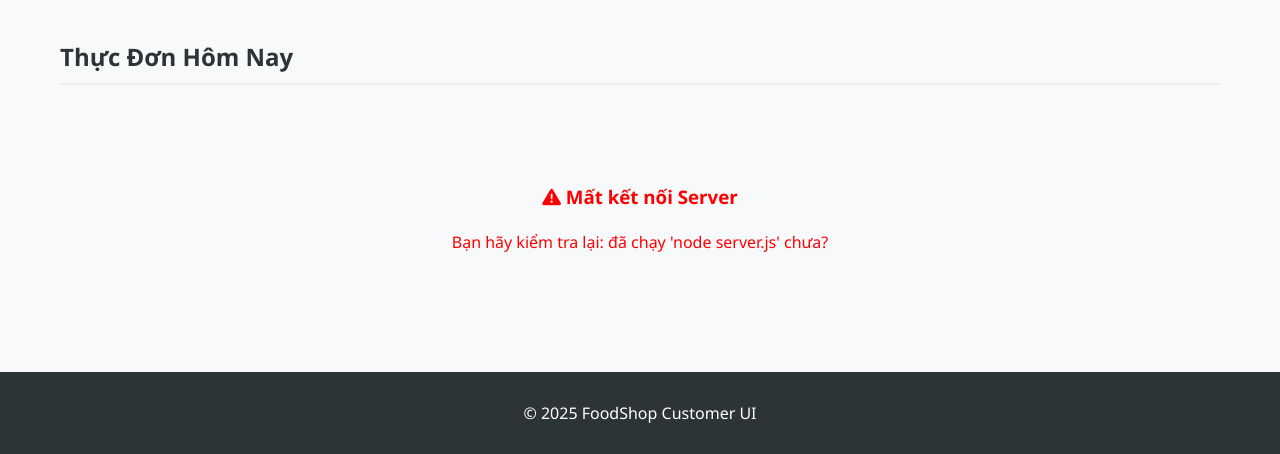
Repository: daichim2415-debug/quan_an
Page: public/trang_chu.html
These files come from the project's save history. The page is drawn as it stood at one moment and after the next save; the edit follows.
The browser window is 1280 px wide. The pictures show the part of the page from y = 416 to 920 px (the page is 870 px tall before and 920 px after).
The page's requests for data from a server got no answer.

Above is the page before, as saved 2025-12-05 02:20:59.

### public/trang_chu.html
<!DOCTYPE html>
<html lang="vi">
<head>
    <meta charset="UTF-8">
    <meta name="viewport" content="width=device-width, initial-scale=1.0">
    <title>Food Shop - Đặt món nhanh</title>
    <link rel="stylesheet" href="https://cdnjs.cloudflare.com/ajax/libs/font-awesome/6.4.0/css/all.min.css">

    <style>
        /* === RESET CSS === */
        * { margin: 0; padding: 0; box-sizing: border-box; font-family: 'Segoe UI', sans-serif; }
        body { background-color: #f8f9fa; color: #333; }

        /* === 1. HEADER (THANH MENU) === */
        header {
            background-color: #fff;
            padding: 15px 50px;
            display: flex;
            justify-content: space-between;
            align-items: center;
            box-shadow: 0 2px 10px rgba(0,0,0,0.05);
            position: sticky; top: 0; z-index: 1000;
        }

        .logo {
            font-size: 26px; font-weight: 800; color: #ff6b6b;
            text-decoration: none; display: flex; align-items: center; gap: 10px;
        }

        /* Thanh tìm kiếm */
        .search-bar {
            background: #f1f1f1; padding: 8px 15px; border-radius: 20px;
            display: flex; align-items: center; width: 400px;
        }
        .search-bar input {
            border: none; background: transparent; outline: none;
            width: 100%; margin-left: 10px; font-size: 14px;
        }

        .nav-icons { display: flex; align-items: center; gap: 20px; }
        .nav-icons a { text-decoration: none; color: #333; font-weight: 600; font-size: 15px; transition: 0.3s; }
        .nav-icons a:hover { color: #ff6b6b; }

        /* Nút giỏ hàng nổi bật */
        .cart-btn {
            background: #ff6b6b; color: white !important;
            padding: 8px 20px; border-radius: 30px;
            display: flex; align-items: center; gap: 8px;
        }
        .cart-btn:hover { background: #ee5253; transform: translateY(-2px); }

        /* === 2. BANNER QUẢNG CÁO === */
        .banner {
            height: 350px;
            background: linear-gradient(to right, rgba(0,0,0,0.6), rgba(0,0,0,0.3)),
                        url('https://images.unsplash.com/photo-1543353071-873f17a7a088?ixlib=rb-1.2.1&auto=format&fit=crop&w=1350&q=80');
            background-size: cover; background-position: center;
            display: flex; align-items: center; justify-content: center;
            text-align: center; color: white;
        }
        .banner h1 { font-size: 45px; margin-bottom: 10px; text-shadow: 2px 2px 4px rgba(0,0,0,0.5); }
        .banner p { font-size: 18px; opacity: 0.9; }

        /* === 3. KHU VỰC MÓN ĂN === */
        .container { max-width: 1200px; margin: 40px auto; padding: 0 20px; }

        .section-header {
            display: flex; justify-content: space-between; align-items: center;
            margin-bottom: 30px; border-bottom: 2px solid #eee; padding-bottom: 10px;
        }
        .section-title { font-size: 24px; color: #2d3436; font-weight: 700; }

        /* Lưới sản phẩm */
        .product-grid {
            display: grid; grid-template-columns: repeat(auto-fill, minmax(250px, 1fr)); gap: 25px;
        }

        /* Thẻ Card món ăn */
        .food-card {
            background: white; border-radius: 12px; overflow: hidden;
            box-shadow: 0 5px 15px rgba(0,0,0,0.05); transition: 0.3s;
            position: relative; border: 1px solid #eee;
        }
        .food-card:hover { transform: translateY(-5px); box-shadow: 0 10px 25px rgba(0,0,0,0.1); }

        .food-card img { width: 100%; height: 180px; object-fit: cover; }

        .card-body { padding: 15px; }
        .food-name { font-size: 18px; font-weight: 700; margin-bottom: 5px; color: #2d3436; }
        .food-desc { font-size: 13px; color: #636e72; margin-bottom: 15px; height: 36px; overflow: hidden; }

        .card-footer { display: flex; justify-content: space-between; align-items: center; }
        .price { color: #ff6b6b; font-weight: 700; font-size: 18px; }

        .add-btn {
            background-color: #fff; border: 2px solid #ff6b6b; color: #ff6b6b;
            padding: 5px 12px; border-radius: 20px; cursor: pointer; font-weight: 600;
            transition: 0.3s;
        }
        .add-btn:hover { background-color: #ff6b6b; color: white; }

        /* Footer */
        footer { margin-top: 50px; background: #2d3436; color: white; padding: 30px; text-align: center; }
    </style>
</head>
<body>

    <header>
        <a href="#" class="logo"><i class="fas fa-utensils"></i> FoodShop</a>

        <div class="search-bar">
            <i class="fas fa-search" style="color: #999;"></i>
            <input type="text" placeholder="Bạn muốn ăn gì hôm nay?">
        </div>

       <nav class="nav-icons">
    <a href="login.html" id="user-account">
        <i class="far fa-user"></i> Đăng nhập
    </a>

    <a href="cart.html" class="cart-btn">
        <i class="fas fa-shopping-cart"></i>
        <span>Giỏ hàng</span>
        <span id="cart-count" style="background: white; color: #ff6b6b; border-radius: 50%; padding: 1px 6px; font-size: 12px;">0</span>
    </a>
</nav>
    </header>

    <div class="banner">
        <div>
            <h1>Thế Giới Ẩm Thực</h1>
            <p>Freeship cho đơn hàng từ 100k - Giao siêu tốc</p>
        </div>
    </div>

    <div class="container">
        <div class="section-header">
            <h2 class="section-title">Thực Đơn Hôm Nay</h2>
        </div>

        <div id="product-list" class="product-grid">
            <div style="grid-column: 1/-1; text-align: center; padding: 20px;">
                <i class="fas fa-spinner fa-spin fa-2x" style="color: #ff6b6b;"></i>
                <p>Đang tải món ngon...</p>
            </div>
        </div>
    </div>

    <footer>
        <p>&copy; 2025 FoodShop Customer UI</p>
    </footer>

    <script>
// 1. Hàm định dạng tiền tệ
function formatMoney(amount) {
 return new Intl.NumberFormat('vi-VN', { style: 'currency', currency: 'VND' }).format(amount);
 }

// 2. Hàm tải danh sách món ăn từ Server
 async function loadProducts() {
        const list = document.getElementById('product-list');
        try {
            const response = await fetch('/api/mon-an');
            if (!response.ok) throw new Error("Lỗi mạng");

            const products = await response.json();
            list.innerHTML = '';

            if (products.length === 0) {
                list.innerHTML = '<p style="text-align:center; width:100%">Chưa có món ăn nào.</p>';
                return;
            }

            products.forEach(item => {
                const imgUrl = item.hinh_anh ? item.hinh_anh : 'https://via.placeholder.com/300?text=No+Image';

                // Mã hóa dữ liệu món ăn để truyền vào nút bấm không bị lỗi
                const productJson = JSON.stringify(item).replace(/"/g, "&quot;");

                const html = `
                    <div class="food-card">
                        <img src="${imgUrl}" alt="${item.ten_mon}">
                        <div class="card-body">
                            <h3 class="food-name">${item.ten_mon}</h3>
                            <p class="food-desc">${item.mo_ta || 'Hương vị tuyệt hảo.'}</p>
                            <div class="card-footer">
                                <span class="price">${formatMoney(item.gia)}</span>
                                <button class="add-btn" onclick='addToCart(${productJson})'>
                                    <i class="fas fa-plus"></i> Chọn
                                </button>
                            </div>
                        </div>
                    </div>
                `;
                list.innerHTML += html;
            });
        } catch (error) {
            list.innerHTML = `
                <div style="grid-column: 1/-1; text-align: center; color: red;">
                    <h3><i class="fas fa-exclamation-triangle"></i> Mất kết nối Server</h3>
                    <p>Bạn hãy kiểm tra lại: đã chạy 'node server.js' chưa?</p>
                </div>
            `;
        }
    }
function getCartKey() {
 const userJson = localStorage.getItem('currentUser');
 if (userJson) {
 const user = JSON.parse(userJson);
 return 'cart_' + user.username; // Ví dụ: cart_admin, cart_khach1
 }
 return 'shoppingCart'; // Giỏ hàng cho khách vãng lai
 }
 // 3. Hàm Thêm vào giỏ hàng (QUAN TRỌNG)
function addToCart(product) {
const key = getCartKey(); // Lấy đúng chìa khóa kho
 let cart = JSON.parse(localStorage.getItem(key)) || [];

let existingItem = cart.find(item => item.id === product.id);

 if (existingItem) {
 existingItem.quantity += 1;
 } else {
 cart.push({
id: product.id,
name: product.ten_mon,
 price: product.gia,
 img: product.hinh_anh,
 quantity: 1
});
 }

// Lưu vào đúng ngăn của người đó
localStorage.setItem(key, JSON.stringify(cart));

 updateCartCount();
 alert(`Đã thêm "${product.ten_mon}" vào giỏ của bạn!`);
}

// --- 3. SỬA HÀM CẬP NHẬT SỐ LƯỢNG ---
function updateCartCount() {
 const key = getCartKey(); // Lấy đúng chìa khóa
 let cart = JSON.parse(localStorage.getItem(key)) || [];

let totalCount = cart.reduce((sum, item) => sum + item.quantity, 0);
 const countSpan = document.getElementById('cart-count');
 if(countSpan) countSpan.innerText = totalCount;

}
// 4. Hàm kiểm tra trạng thái đăng nhập
// 4. Hàm kiểm tra trạng thái đăng nhập (Phiên bản nâng cấp cho Admin)
    function checkLoginStatus() {
        const userJson = localStorage.getItem('currentUser');
        const accountLink = document.getElementById('user-account');
        const navIcons = document.querySelector('.nav-icons'); // Lấy thanh menu để chèn nút Admin

        // Xóa nút admin cũ nếu có (để tránh bị trùng khi tải lại)
        const oldAdminBtn = document.getElementById('admin-btn-link');
        if(oldAdminBtn) oldAdminBtn.remove();

        if (userJson) {
            // --- TRƯỜNG HỢP ĐÃ ĐĂNG NHẬP ---
            const user = JSON.parse(userJson);

            // 1. Hiển thị tên người dùng
            accountLink.innerHTML = `
                <i class="fas fa-user-circle"></i> Chào, ${user.fullname}
                <span onclick="logout()" style="margin-left:10px; color: #ff6b6b; cursor:pointer; font-size:14px;">(Đăng xuất)</span>
            `;
            accountLink.removeAttribute('href');

            // 2. NẾU LÀ ADMIN -> Thêm nút "Về trang Admin"
            if (user.role === 'admin') {
                const adminBtn = document.createElement('a');
                adminBtn.id = 'admin-btn-link';
                adminBtn.href = 'admin.html';
                adminBtn.innerHTML = '<i class="fas fa-user-shield"></i> Quản lý';

                // Style cho nút Admin nổi bật
                adminBtn.style.color = '#e84118';
                adminBtn.style.fontWeight = 'bold';
                adminBtn.style.marginRight = '15px';
                adminBtn.style.border = '1px solid #e84118';
                adminBtn.style.padding = '5px 10px';
                adminBtn.style.borderRadius = '5px';

                // Chèn nút Admin vào trước nút Tài khoản
                navIcons.insertBefore(adminBtn, accountLink);
            }

        } else {
            // --- TRƯỜNG HỢP CHƯA ĐĂNG NHẬP ---
            accountLink.href = 'login.html';
            accountLink.innerHTML = `<i class="far fa-user"></i> Đăng nhập`;
        }
    }
// 5. Hàm Đăng xuất (Đã sửa theo ý bạn)
function logout() {
if(confirm('Bạn muốn đăng xuất?')) {
 // Xóa thông tin đăng nhập
 localStorage.removeItem('currentUser');
 // Chuyển hướng về trang đăng nhập
 window.location.href = 'login.html';
}
}

// --- CHẠY CÁC HÀM KHI VÀO TRANG ---
loadProducts();
checkLoginStatus();
updateCartCount();
</script>
</body>
</html>

After the next save:
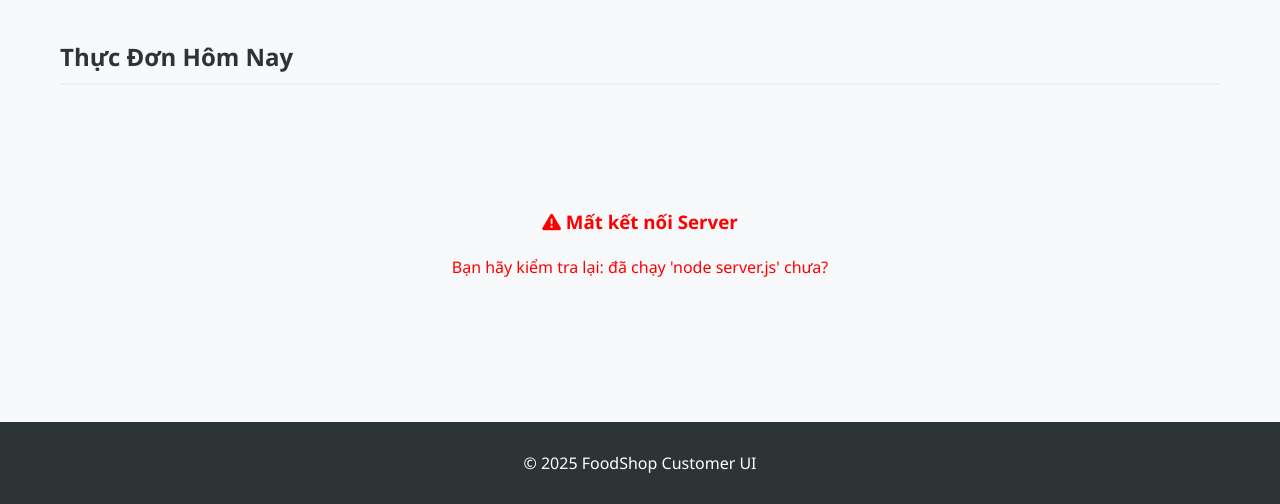
Saved 2 min 20 s later.
--- a/public/trang_chu.html
+++ b/public/trang_chu.html
@@ -101,6 +101,53 @@
 
         /* Footer */
         footer { margin-top: 50px; background: #2d3436; color: white; padding: 30px; text-align: center; }
+        /* === SỬA CSS CHO KHUNG CHỨA MÓN ĂN === */
+#product-list {
+    display: grid;
+    /* Tự động chia cột: mỗi cột tối thiểu 280px, còn lại tự co giãn */
+    grid-template-columns: repeat(auto-fit, minmax(280px, 1fr));
+    gap: 30px; /* Khoảng cách giữa các món */
+    padding: 20px 0;
+    max-width: 1200px; /* Giới hạn chiều rộng tối đa cho đẹp */
+    margin: 0 auto; /* Căn giữa màn hình */
+}
+
+/* === SỬA CSS CHO TỪNG THẺ MÓN ĂN === */
+.food-card {
+    background: white;
+    border-radius: 15px;
+    box-shadow: 0 5px 15px rgba(0,0,0,0.1); /* Đổ bóng nhẹ cho đẹp */
+    overflow: hidden;
+    transition: transform 0.3s;
+    display: flex;
+    flex-direction: column; /* Xếp nội dung dọc */
+    height: 100%; /* Để các thẻ cao bằng nhau */
+}
+
+.food-card:hover {
+    transform: translateY(-5px); /* Hiệu ứng bay lên khi di chuột */
+}
+
+/* Chỉnh ảnh món ăn cho đều nhau, không bị cái to cái bé */
+.food-card img {
+    width: 100%;
+    height: 200px; /* Cố định chiều cao ảnh */
+    object-fit: cover; /* Cắt ảnh cho vừa khung mà không bị méo */
+}
+
+.card-body {
+    padding: 15px;
+    flex: 1; /* Đẩy phần footer xuống đáy */
+    display: flex;
+    flex-direction: column;
+}
+
+.food-desc {
+    color: #666;
+    font-size: 14px;
+    margin-bottom: 15px;
+    flex: 1; /* Để mô tả dài ngắn khác nhau thì nút chọn vẫn thẳng hàng */
+}
     </style>
 </head>
 <body>
